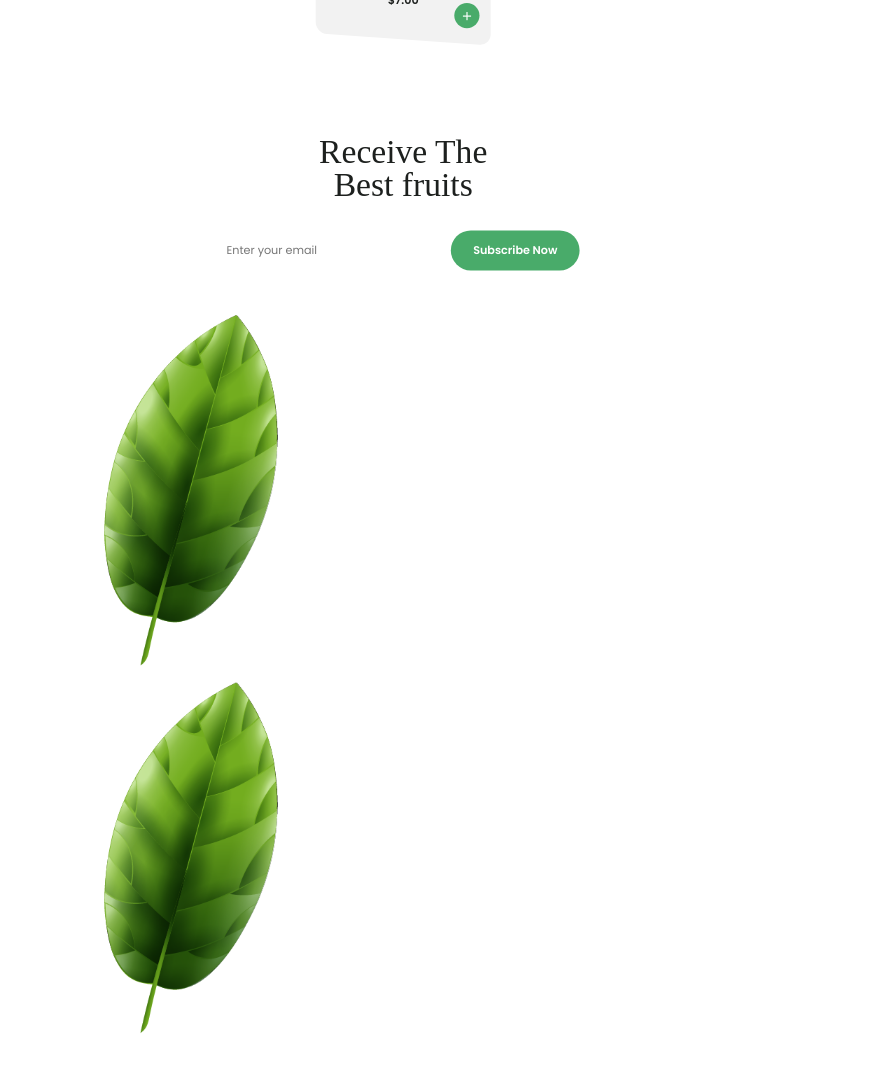
Repository: dinhhaidh/fruit
Page: index.html
The author's editor kept a copy of each file at every save. The page is drawn from the files as they stood at one save, then again after a run of saves.
The browser window is 1280 px wide. The pictures show the part of the page from y = 4435 to 6355 px (the page is 5992 px tall before and 6355 px after), at 70% of full size.
Some web fonts or font styles are not loaded; a fallback is used.

Above is the page before, as saved 2024-02-19 09:54:25.
Console error: ReferenceError: ScrollReveal is not defined

After the next 2 saves:
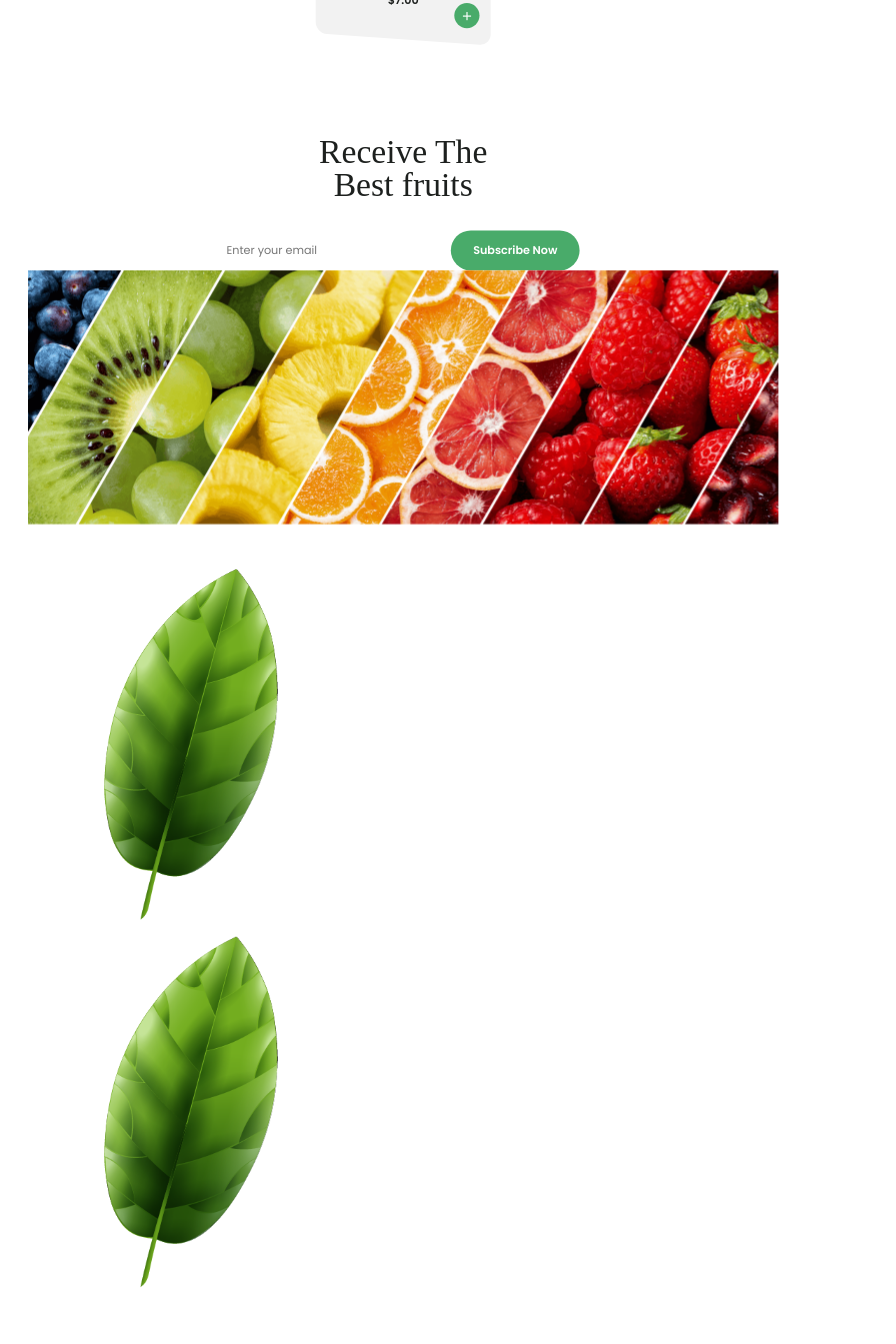
The 2 saves are shown as one change because they came seconds apart.
The last was saved 9 s later.
--- a/index.html
+++ b/index.html
@@ -216,7 +216,7 @@
                                 <input type="email" placeholder="Enter your email" class="join__input">
                                 <a href="#" class="join__button button">Subscribe Now</a>
                             </form>
-                            <img src="./" alt="" class="join__bg">
+                            <img src="./img/join-bg.png" alt="image" class="join__bg">
                     </div>
                 </div>
                 <img src="./img/leaf.png" alt="" class="join__img-1">

After the 6 saves that followed:
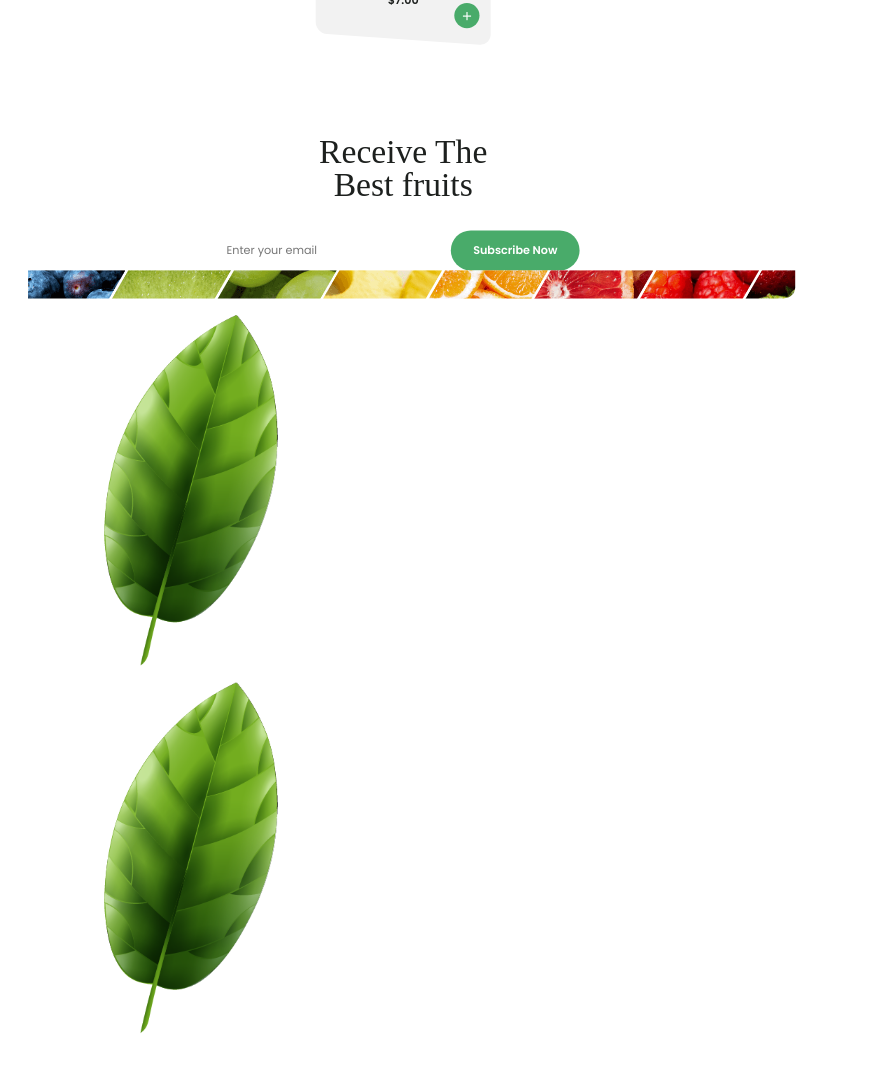
The 6 saves are shown as one change because 4 left the picture as it was and some came seconds apart.
The last was saved 63 s later.
--- a/index.html
+++ b/index.html
@@ -208,15 +208,16 @@
                 <div class="join__content grid">
                     <div class="join__data">
                         <h2 class="section__title">Receive The <br>
-                            Best fruits</h2>
-                            <p class="join__desc">
-                                Get up to date with the latest fruit harvests and information form us.
-                            </p>
-                            <form action="">
-                                <input type="email" placeholder="Enter your email" class="join__input">
-                                <a href="#" class="join__button button">Subscribe Now</a>
-                            </form>
-                            <img src="./img/join-bg.png" alt="image" class="join__bg">
+                            Best fruits
+                        </h2>
+                        <p class="join__desc">
+                            Get up to date with the latest fruit harvests and information form us.
+                        </p>
+                        <form action="">
+                            <input type="email" placeholder="Enter your email" class="join__input">
+                            <a href="#" class="join__button button">Subscribe Now</a>
+                        </form>
+                        <img src="./img/join-bg.png" alt="image" class="join__bg">
                     </div>
                 </div>
                 <img src="./img/leaf.png" alt="" class="join__img-1">
--- a/css/style.css
+++ b/css/style.css
@@ -488,6 +488,10 @@ img {
 .join__button{
 
 }
+.join__bg{
+    position: absolute;
+
+}
 .button{
 
 }
